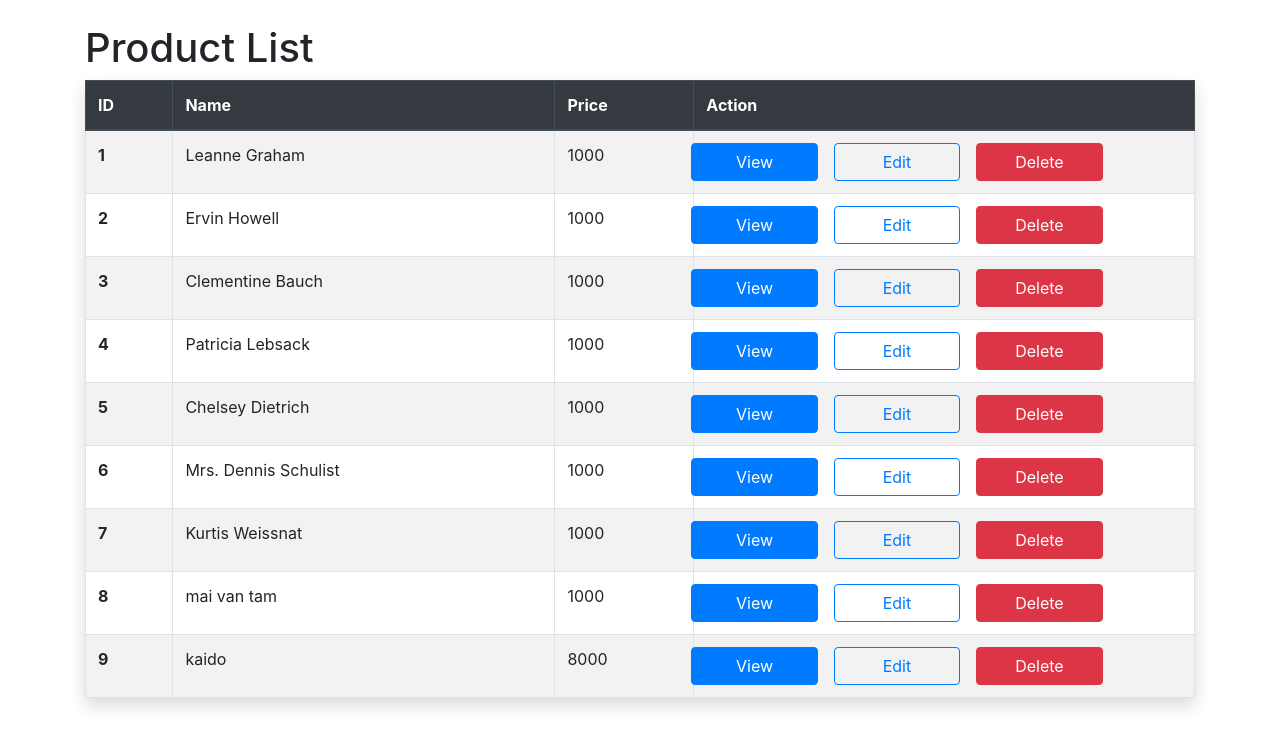
Repository: tammv/crud_product
Page: /manage-product
These files come from the project's save history. The page is drawn as it stood at one moment and after the next save; the edit follows.
The browser window is 1280 px wide. The pictures show the whole page.
The project was rebuilt for these pictures with package versions that can differ from the ones it lists, and the page was loaded fresh each time. Requests to the local data server were answered from the project's data file. Also part of the build but not shown: src/index.css, src/components/pages/NotFound.js, src/components/products/UpdateProduct.js, src/components/products/Product.js, src/components/products/AddProduct.js, src/components/layout/Navbar.js.

Above is the page before, as saved 2023-07-10 21:46:29.

After the next save:
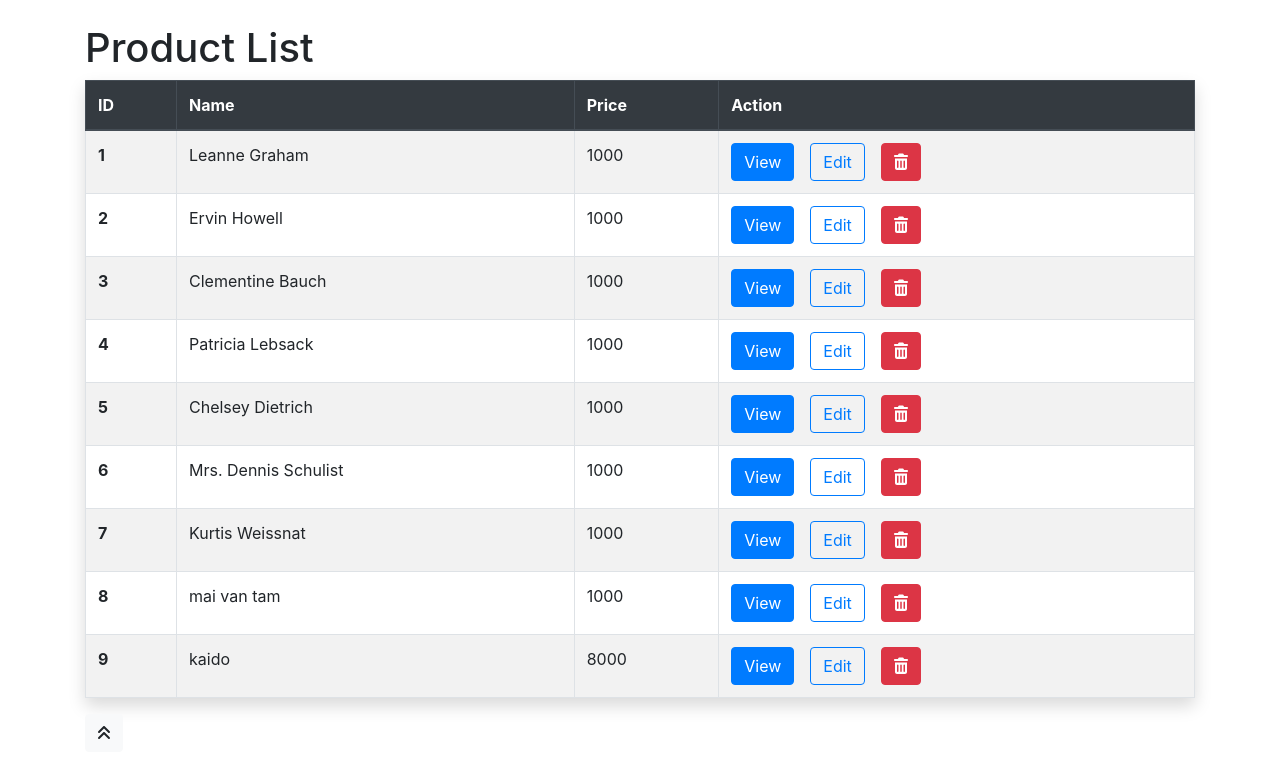
Saved 14 min 27 s later.
--- a/src/components/pages/ManageProduct.js
+++ b/src/components/pages/ManageProduct.js
@@ -1,42 +1,54 @@
 import React, { useState, useEffect } from "react";
 import axios from "axios";
 import { Link } from "react-router-dom";
+import { FontAwesomeIcon } from "@fortawesome/react-fontawesome";
+import { faAngleDoubleUp, faTrashAlt } from "@fortawesome/free-solid-svg-icons";
 
 const ManageProduct = () => {
   const [products, setProducts] = useState([]);
+  const [showConfirmation, setShowConfirmation] = useState(false);
+  const [deleteProductId, setDeleteProductId] = useState(null);
   const [successMessage, setSuccessMessage] = useState("");
-  const [errorMessage, setErrorMessage] = useState("");
 
   useEffect(() => {
     loadProducts();
   }, []);
 
   const loadProducts = async () => {
+    const response = await axios.get("http://localhost:3000/products");
+    setProducts(response.data);
+  };
+
+  const deleteProduct = async (id) => {
     try {
-      const response = await axios.get("http://localhost:3000/products");
-      setProducts(response.data);
+      await axios.delete(`http://localhost:3000/products/${id}`);
+      loadProducts();
+      setSuccessMessage("Product deleted successfully!");
+      setTimeout(() => {
+        setSuccessMessage("");
+      }, 3000);
     } catch (error) {
       console.error(error);
     }
   };
 
-  const deleteProduct = async (id) => {
-    const confirmed = window.confirm("Are you sure you want to delete this product?");
-    if (!confirmed) {
-      return;
-    }
+  const showDeleteConfirmation = (id) => {
+    setDeleteProductId(id);
+    setShowConfirmation(true);
+  };
 
-    try {
-      await axios.delete(`http://localhost:3000/products/${id}`);
-      setSuccessMessage("Product deleted successfully!");
-      setTimeout(() => {
-        setSuccessMessage("");
-        loadProducts();
-      }, 3000);
-    } catch (error) {
-      setErrorMessage("Error deleting product");
-      console.error(error);
-    }
+  const hideDeleteConfirmation = () => {
+    setDeleteProductId(null);
+    setShowConfirmation(false);
+  };
+
+  const confirmDelete = () => {
+    deleteProduct(deleteProductId);
+    hideDeleteConfirmation();
+  };
+
+  const scrollToTop = () => {
+    window.scrollTo({ top: 0, behavior: "smooth" });
   };
 
   return (
@@ -44,8 +56,19 @@ const ManageProduct = () => {
       <div className="py-4">
         <h1>Product List</h1>
 
+        {showConfirmation && (
+          <div className="alert alert-danger" role="alert">
+            Are you sure you want to delete this product?
+            <button className="btn btn-danger btn-sm ml-2" onClick={confirmDelete}>
+              Delete
+            </button>
+            <button className="btn btn-secondary btn-sm ml-2" onClick={hideDeleteConfirmation}>
+              Cancel
+            </button>
+          </div>
+        )}
+
         {successMessage && <div className="alert alert-success">{successMessage}</div>}
-        {errorMessage && <div className="alert alert-danger">{errorMessage}</div>}
 
         <table className="table table-bordered table-striped shadow">
           <thead className="thead-dark">
@@ -63,22 +86,24 @@ const ManageProduct = () => {
                 <td>{product.name}</td>
                 <td>{product.price}</td>
                 <td>
-                  <div className="row center">
-                    <Link className="btn btn-primary mr-3 col-3" to={`/products/${product.id}`}>
-                      View
-                    </Link>
-                    <Link className="btn btn-outline-primary mr-3 col-3" to={`/products/update/${product.id}`}>
-                      Edit
-                    </Link>
-                    <button className="btn btn-danger mr-3 col-3" onClick={() => deleteProduct(product.id)}>
-                      Delete
-                    </button>
-                  </div>
+                  <Link className="btn btn-primary mr-3" to={`/products/${product.id}`}>
+                    View
+                  </Link>
+                  <Link className="btn btn-outline-primary mr-3" to={`/products/update/${product.id}`}>
+                    Edit
+                  </Link>
+                  <button className="btn btn-danger" onClick={() => showDeleteConfirmation(product.id)}>
+                    <FontAwesomeIcon icon={faTrashAlt} />
+                  </button>
                 </td>
               </tr>
             ))}
           </tbody>
         </table>
+
+        <button className="btn btn-light btn-floating" onClick={scrollToTop}>
+          <FontAwesomeIcon icon={faAngleDoubleUp} />
+        </button>
       </div>
     </div>
   );
